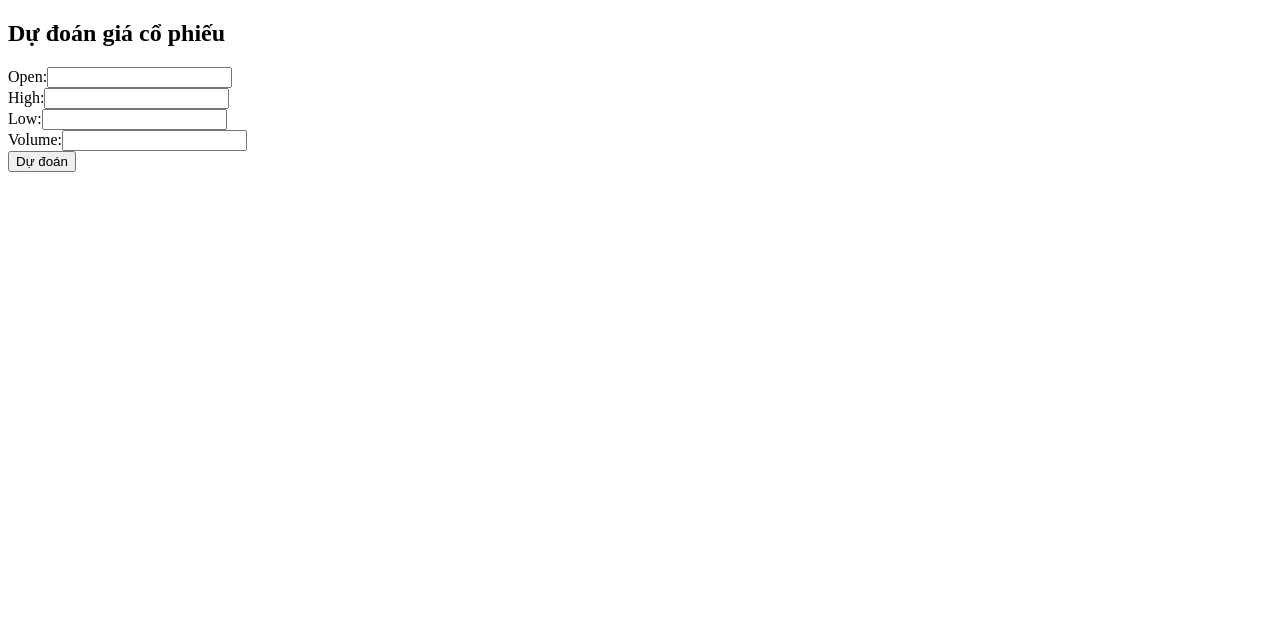
Repository: nguyenbathai1509/flask-stock-predictor
Page: http://localhost/predict
These files come from the project's save history. The page is drawn as it stood at one moment and after the next save; the edit follows.
The browser window is 1280 px wide. The pictures show the whole page.
The page is served by the project's application, run on Flask 3 (app.py).

Above is the page before, as saved 2025-06-06 03:47:55.

### templates/predict.html

<!DOCTYPE html>
<html>
<head><title>Dự đoán</title></head>
<body>
    <h2>Dự đoán giá cổ phiếu</h2>
    <form method="POST">
        <label>Open:</label><input name="Open"><br>
        <label>High:</label><input name="High"><br>
        <label>Low:</label><input name="Low"><br>
        <label>Volume:</label><input name="Volume"><br>
        <button type="submit">Dự đoán</button>
    </form>
    {% if prediction %}
        <p>Giá cổ phiếu dự đoán: <strong>{{ prediction }}</strong></p>
    {% endif %}
</body>
</html>

### app.py

from flask import Flask, render_template, request, redirect, url_for
import pandas as pd
import numpy as np
import os
import pickle
from sklearn.model_selection import train_test_split
from sklearn.preprocessing import StandardScaler
from sklearn.linear_model import LinearRegression
from sklearn.metrics import mean_squared_error
import plotly.graph_objs as go
import plotly.offline as pyo

app = Flask(__name__)
UPLOAD_FOLDER = 'uploads'
app.config['UPLOAD_FOLDER'] = UPLOAD_FOLDER

@app.route('/')
def index():
    return render_template('index.html')

@app.route('/train', methods=['POST'])
def train():
    file = request.files['datafile']
    test_size = float(request.form['test_size'])
    random_state = int(request.form['random_state'])

    if file:
        file_path = os.path.join(app.config['UPLOAD_FOLDER'], file.filename)
        file.save(file_path)

        df = pd.read_csv(file_path)
        df = df.drop(columns=["Date", "Dividends", "Stock Splits"], errors='ignore')

        O = df['Open']
        H = df['High']
        L = df['Low']
        V = df['Volume']
        C = df['Close']

        x = df.drop("Close", axis=1).values
        y = df["Close"].values.reshape(-1, 1)

        x_train, x_test, y_train, y_test = train_test_split(x, y, test_size=test_size, random_state=random_state)

        scaler = StandardScaler()
        x_train_scaled = scaler.fit_transform(x_train)
        x_test_scaled = scaler.transform(x_test)

        model = LinearRegression()
        model.fit(x_train_scaled, y_train)

        pickle.dump(model, open('model.pkl', 'wb'))
        pickle.dump(scaler, open('scaler.pkl', 'wb'))

        train_score = model.score(x_train_scaled, y_train)
        test_score = model.score(x_test_scaled, y_test)
        y_pred = model.predict(x_test_scaled)
        rmse = np.sqrt(mean_squared_error(y_test, y_pred))

        # Biểu đồ 1: Open vs Close
        fig1 = go.Figure()
        fig1.add_trace(go.Scatter(x=O, y=C, mode='markers', marker=dict(color='coral', opacity=0.5)))
        fig1.update_layout(title='Giá mở cửa và giá đóng cửa', xaxis_title='Giá mở cửa', yaxis_title='Giá đóng cửa')
        plot1 = pyo.plot(fig1, output_type='div')

        # Biểu đồ 2: High vs Close
        fig2 = go.Figure()
        fig2.add_trace(go.Scatter(x=H, y=C, mode='markers', marker=dict(color='lime', opacity=0.5)))
        fig2.update_layout(title='Giá trần và giá đóng cửa', xaxis_title='Giá trần', yaxis_title='Giá đóng cửa')
        plot2 = pyo.plot(fig2, output_type='div')

        # Biểu đồ 3: Low vs Close
        fig3 = go.Figure()
        fig3.add_trace(go.Scatter(x=L, y=C, mode='markers', marker=dict(color='steelblue', opacity=0.5)))
        fig3.update_layout(title='Giá sàn và giá đóng cửa', xaxis_title='Giá sàn', yaxis_title='Giá đóng cửa')
        plot3 = pyo.plot(fig3, output_type='div')

        # Biểu đồ 4: Volume vs Close
        fig4 = go.Figure()
        fig4.add_trace(go.Scatter(x=V, y=C, mode='markers', marker=dict(color='orchid', opacity=0.5)))
        fig4.update_layout(title='Khối lượng giao dịch và giá đóng cửa', xaxis_title='Khối lượng', yaxis_title='Giá đóng cửa')
        plot4 = pyo.plot(fig4, output_type='div')

        # Biểu đồ 5: Prediction vs Observed + đường LOWESS
        import statsmodels.api as sm
        lowess = sm.nonparametric.lowess
        z = lowess(y_pred.flatten(), y_test.flatten())

        fig5 = go.Figure()
        fig5.add_trace(go.Scatter(
            x=y_pred.flatten(),
            y=y_test.flatten(),
            mode='markers',
            name='Dự đoán vs Thực tế',
            marker=dict(color='red')
        ))
        fig5.add_trace(go.Scatter(
            x=z[:,0],
            y=z[:,1],
            mode='lines',
            name='Đường LOWESS',
            line=dict(color='midnightblue', width=3)
        ))
        fig5.update_layout(
            title='Dự đoán giá cổ phiếu với tập test',
            xaxis_title='Giá cổ phiếu dự đoán',
            yaxis_title='Giá cổ phiếu thực tế'
        )
        plot5 = pyo.plot(fig5, output_type='div')

        return render_template('train_result.html',
            train_score=train_score,
            test_score=test_score,
            rmse=rmse,
            plot1=plot1,
            plot2=plot2,
            plot3=plot3,
            plot4=plot4,
            plot5=plot5
        )

    return redirect(url_for('index'))

@app.route('/predict', methods=['GET', 'POST'])
def predict():
    if request.method == 'POST':
        Open = float(request.form['Open'])
        High = float(request.form['High'])
        Low = float(request.form['Low'])
        Volume = float(request.form['Volume'])

        model = pickle.load(open('model.pkl', 'rb'))
        scaler = pickle.load(open('scaler.pkl', 'rb'))

        input_data = np.array([[Open, High, Low, Volume]])
        input_scaled = scaler.transform(input_data)
        prediction = model.predict(input_scaled)

        return render_template('predict.html', prediction=np.round(prediction[0][0], 2))
    return render_template('predict.html', prediction=None)

if __name__ == '__main__':
    app.run(debug=True)

After the next save:
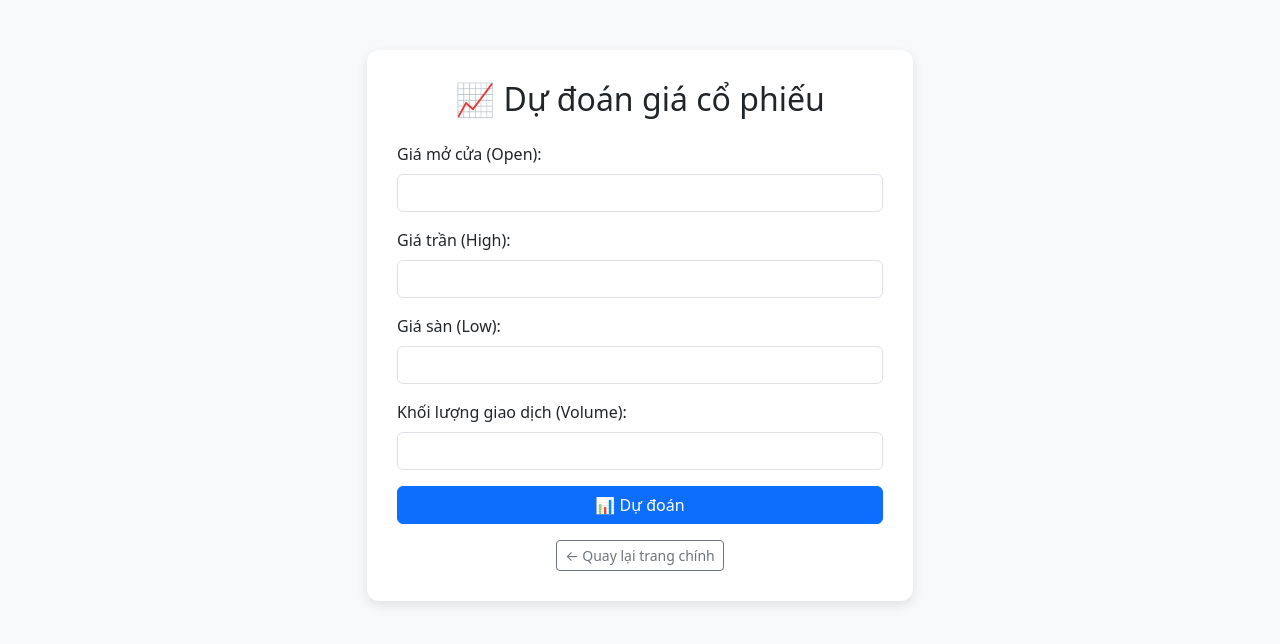
Saved 94 s later.
--- a/templates/predict.html
+++ b/templates/predict.html
@@ -1,18 +1,70 @@
+<!DOCTYPE html>
+<html lang="vi">
+<head>
+    <meta charset="UTF-8">
+    <title>Dự đoán giá cổ phiếu</title>
+    <!-- Bootstrap 5 -->
+    <link href="https://cdn.jsdelivr.net/npm/bootstrap@5.3.0/dist/css/bootstrap.min.css" rel="stylesheet">
+    <style>
+        body {
+            background-color: #f8f9fa;
+            padding-top: 50px;
+        }
+        .predict-form {
+            background-color: #ffffff;
+            padding: 30px;
+            border-radius: 12px;
+            box-shadow: 0 4px 12px rgba(0,0,0,0.1);
+        }
+        .form-label {
+            font-weight: 500;
+        }
+    </style>
+</head>
+<body>
+<div class="container">
+    <div class="row justify-content-center">
+        <div class="col-md-6">
+            <div class="predict-form">
+                <h2 class="text-center mb-4">📈 Dự đoán giá cổ phiếu</h2>
 
-<!DOCTYPE html>
-<html>
-<head><title>Dự đoán</title></head>
-<body>
-    <h2>Dự đoán giá cổ phiếu</h2>
-    <form method="POST">
-        <label>Open:</label><input name="Open"><br>
-        <label>High:</label><input name="High"><br>
-        <label>Low:</label><input name="Low"><br>
-        <label>Volume:</label><input name="Volume"><br>
-        <button type="submit">Dự đoán</button>
-    </form>
-    {% if prediction %}
-        <p>Giá cổ phiếu dự đoán: <strong>{{ prediction }}</strong></p>
-    {% endif %}
+                <form method="POST">
+                    <div class="mb-3">
+                        <label class="form-label">Giá mở cửa (Open):</label>
+                        <input name="Open" class="form-control" required>
+                    </div>
+                    <div class="mb-3">
+                        <label class="form-label">Giá trần (High):</label>
+                        <input name="High" class="form-control" required>
+                    </div>
+                    <div class="mb-3">
+                        <label class="form-label">Giá sàn (Low):</label>
+                        <input name="Low" class="form-control" required>
+                    </div>
+                    <div class="mb-3">
+                        <label class="form-label">Khối lượng giao dịch (Volume):</label>
+                        <input name="Volume" class="form-control" required>
+                    </div>
+                    <div class="d-grid">
+                        <button type="submit" class="btn btn-primary">📊 Dự đoán</button>
+                    </div>
+                </form>
+
+                {% if prediction %}
+                    <div class="alert alert-success mt-4">
+                        <strong>🎯 Giá cổ phiếu dự đoán:</strong> {{ prediction }}
+                    </div>
+                {% endif %}
+
+                <div class="mt-3 text-center">
+                    <a href="/" class="btn btn-outline-secondary btn-sm">← Quay lại trang chính</a>
+                </div>
+            </div>
+        </div>
+    </div>
+</div>
+
+<!-- Bootstrap JS -->
+<script src="https://cdn.jsdelivr.net/npm/bootstrap@5.3.0/dist/js/bootstrap.bundle.min.js"></script>
 </body>
 </html>
